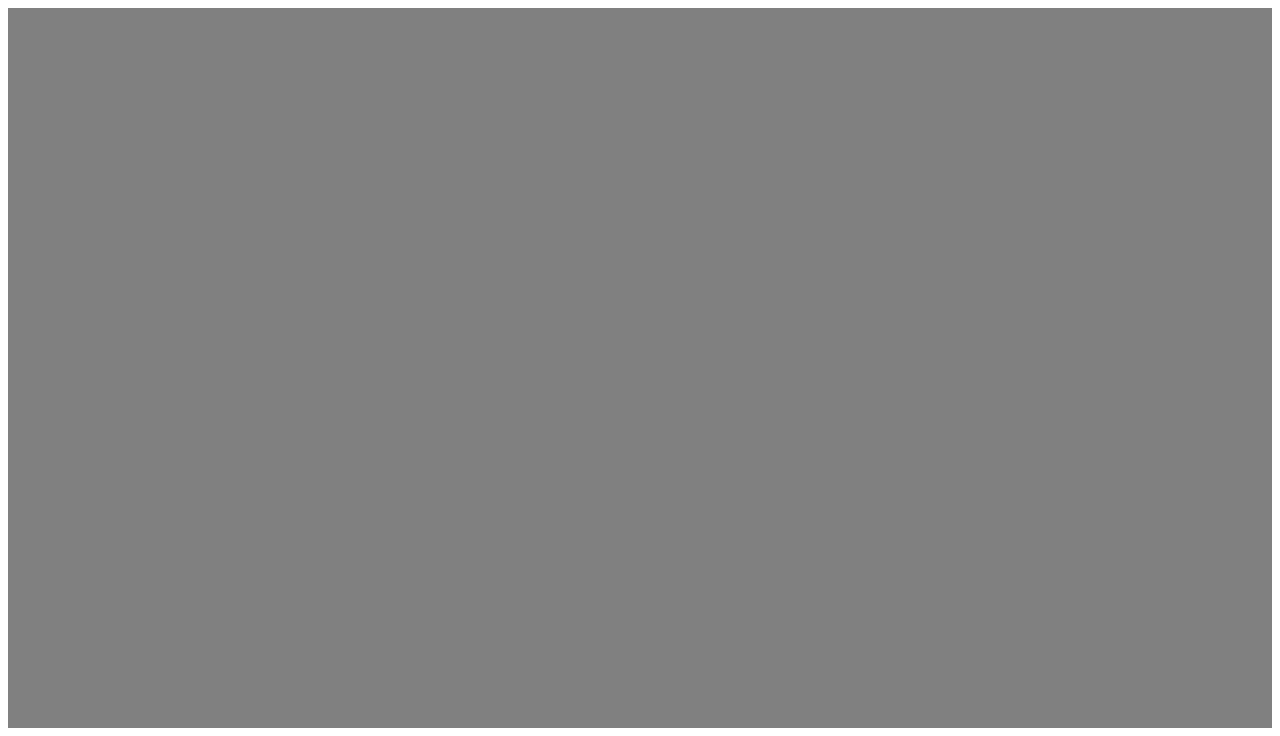
Repository: nanfengovo/CSS
Page: heightandwidth.html
An editor plug-in stored every save of this project. The page is shown before and after the next save, followed by the edit.
The browser window is 1280 px wide. The pictures show the whole page.

Above is the page before, as saved 2025-01-01 11:02:18.

### heightandwidth.html
<!DOCTYPE html>
<html lang="en">
<head>
    <meta charset="UTF-8">
    <meta name="viewport" content="width=device-width, initial-scale=1.0">
    <title>height width </title>
    <style>
        .container{
            height: 100vh;
            background-color: gray;
        }
    </style>
</head>
<body>
    <div class="container"></div>
</body>
</html>

After the next save:
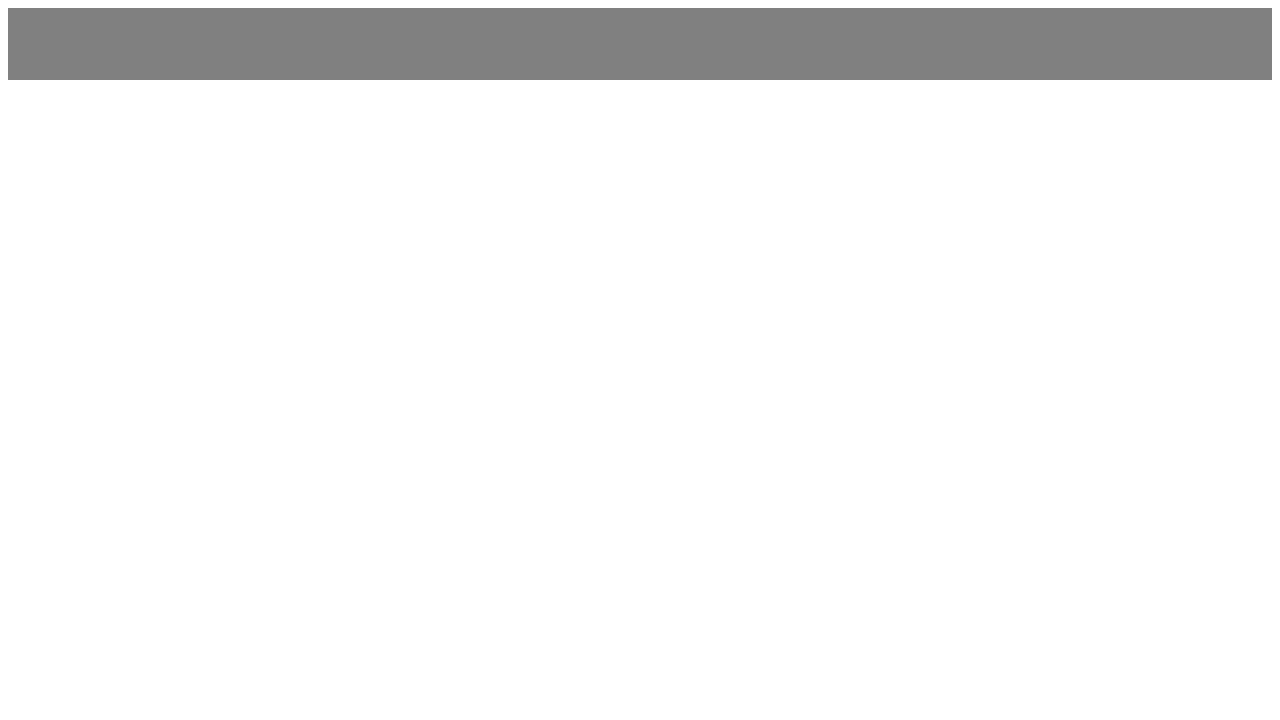
Saved 9 s later.
--- a/heightandwidth.html
+++ b/heightandwidth.html
@@ -6,7 +6,7 @@
     <title>height width </title>
     <style>
         .container{
-            height: 100vh;
+            height: 10vh;
             background-color: gray;
         }
     </style>

After the save that followed:
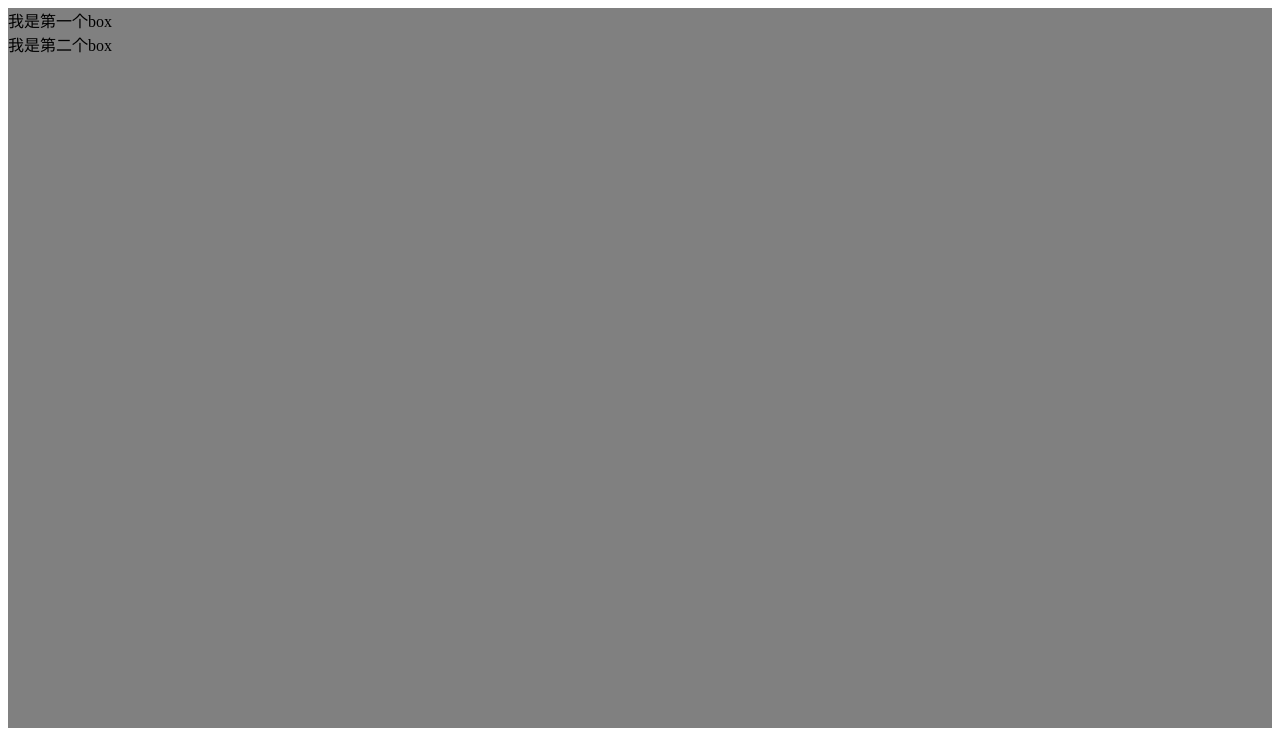
Saved 82 s later.
--- a/heightandwidth.html
+++ b/heightandwidth.html
@@ -6,12 +6,15 @@
     <title>height width </title>
     <style>
         .container{
-            height: 10vh;
+            height: 100vh;
             background-color: gray;
         }
     </style>
 </head>
 <body>
-    <div class="container"></div>
+    <div class="container">
+        <div class="box">我是第一个box</div>
+        <div class="box">我是第二个box</div>
+    </div>
 </body>
 </html>
